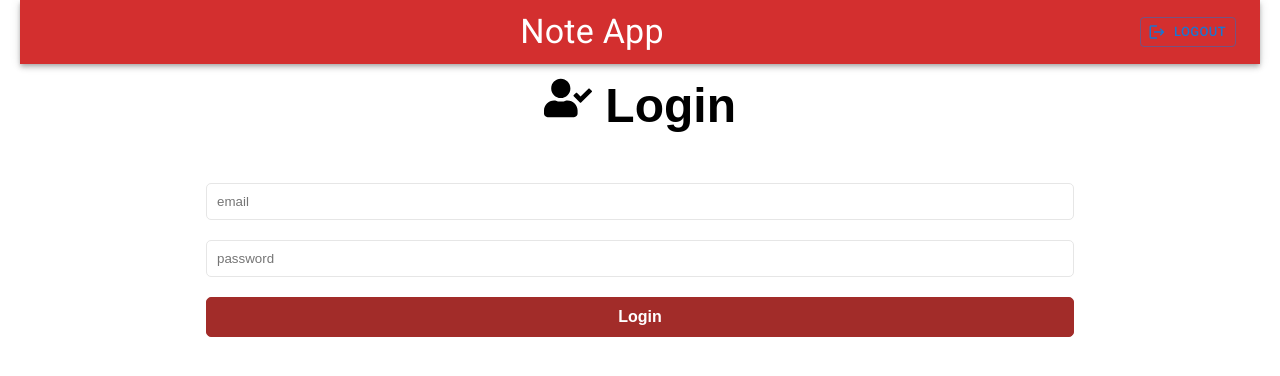
Repository: halilhaninan/MERNSTACK-Note-App
Page: / (app in frontend/)
These files come from the project's save history. The page is drawn as it stood at one moment and after the next save; the edit follows.
The browser window is 1280 px wide. The pictures show the whole page.
The project was rebuilt for these pictures with package versions that can differ from the ones it lists, and the page was loaded fresh each time. Also part of the build but not shown: frontend/src/Components/Spinner.jsx, frontend/src/Components/Not.jsx, frontend/src/pages/Register.jsx, frontend/src/features/counter/counterSlice.js, frontend/src/features/counter/counter.js, frontend/src/App.css.

Above is the page before, as saved 2022-09-03 11:08:49.

### frontend/src/index.js
import React from "react";
import ReactDOM from "react-dom";
import "./index.css";
import App from "./App";

import { store } from "./app/store";
import { Provider } from "react-redux";

// import { createStore } from "redux";
// import { Provider } from "react-redux";
// import butunRreducerler from "./reducers";

// const hesapla = (state = 0, action) => {
//   switch (action.type) {
//     case "topla":
//       return state + 1;
//     case "cikar":
//       return state - 1;
//     default:
//       return state;
//   }
// };

// let store = createStore(
//   butunRreducerler,
//   window.__REDUX_DEVTOOLS_EXTENSION__ && window.__REDUX_DEVTOOLS_EXTENSION__()
// );

// store.subscribe(() => console.log(store.getState()));
//const root = ReactDOM.createRoot(document.getElementById("root"));
ReactDOM.render(
  <Provider store={store}>
    <App />
  </Provider>,
  document.getElementById("root")
);

// If you want to start measuring performance in your app, pass a function
// to log results (for example: reportWebVitals(console.log))
// or send to an analytics endpoint. Learn more: https://bit.ly/CRA-vitals

### frontend/src/index.css
@import url("https://fonts.googleapis.com/css2?family=Lobster&display=swap");

* {
  margin: 0;
  padding: 0;
  box-sizing: border-box;
}

body {
  font-family: Arial, Helvetica, sans-serif;
  height: 100vh;
  font-size: larger;
}

a {
  text-decoration: none;
  color: #000;
}

p {
  line-height: 1.7;
}

ul {
  list-style: none;
}

li {
  line-height: 2.2;
}

h1,
h2,
h3 {
  font-weight: 600;
  margin-bottom: 10px;
}

.container {
  width: 100%;
  max-width: 1500px;
  margin: 0 auto;
  padding: 0 20px;
  text-align: center;
}

.header {
  display: flex;
  justify-content: space-between;
  align-items: center;
  padding: 20px 0;
  border-bottom: 1px solid #e6e6e6;
  margin-bottom: 60px;
}

.header ul {
  display: flex;
  align-items: center;
  justify-content: space-between;
}

.header ul li {
  margin-left: 20px;
}

.header ul li a {
  display: flex;
  align-items: center;
  color: #a22c29;
}

.header ul li a:hover {
  color: #f27059;
}

.header ul li a svg {
  margin-right: 5px;
}

.heading {
  font-size: 2rem;
  font-weight: 700;
  margin-bottom: 50px;
  padding: 0 20px;
}

.heading p {
  color: #828282;
}

.notlar {
  display: grid;
  grid-template-columns: repeat(3, 1fr);
  gap: 10px;
}

.not {
  background-color: #f4f4f4;
  margin: 10px 0;
  padding: 20px 0 10px;
  position: relative;
}

.not .close {
  position: absolute;
  top: 10px;
  right: 15px;
  cursor: pointer;
  border: none;
  background: none;
}

.form,
.content {
  width: 70%;
  margin: 0 auto;
}

.form-group {
  margin-bottom: 10px;
}

.form-group input,
.form-group textarea,
.form-group select {
  width: 100%;
  padding: 10px;
  border: 1px solid #e6e6e6;
  border-radius: 5px;
  margin-bottom: 10px;
  font-family: inherit;
}

.form-group label {
  text-align: left;
  display: block;
  margin: 0 0 5px 3px;
}

.btn {
  padding: 10px 20px;
  border: 1px solid #a22c29;
  border-radius: 5px;
  background: #a22c29;
  color: #fff;
  font-size: 16px;
  font-weight: 700;
  cursor: pointer;
  text-align: center;
  appearance: button;
  display: flex;
  align-items: center;
  justify-content: center;
}

.btn svg {
  margin-right: 8px;
}

.btn-reverse {
  background: #fff;
  color: #000;
}

.btn-block {
  width: 100%;
  margin-bottom: 20px;
}

.btn-add {
  background: #34a0a4 !important;
  border: 1px solid #34a0a4;
}

.btn:hover {
  transform: scale(0.98);
}

.loadingSpinnerContainer {
  position: fixed;
  top: 0;
  right: 0;
  bottom: 0;
  left: 0;
  background-color: rgba(0, 0, 0, 0.5);
  z-index: 5000;
  display: flex;
  justify-content: center;
  align-items: center;
}

.loadingSpinner {
  width: 64px;
  height: 64px;
  border: 8px solid;
  border-color: #000 transparent #555 transparent;
  border-radius: 50%;
  animation: spin 1.2s linear infinite;
}

@keyframes spin {
  0% {
    transform: rotate(0deg);
  }
  100% {
    transform: rotate(360deg);
  }
}

@media (max-width: 960px) {
  .notlar {
    grid-template-columns: repeat(2, 1fr);
  }
}

@media (max-width: 600px) {
  .form {
    width: 90%;
  }

  .heading h1 {
    font-size: 2rem;
  }

  .heading p {
    font-size: 1.5rem;
  }

  .notlar {
    grid-template-columns: repeat(1, 1fr);
  }
}

### frontend/src/App.js
import { BrowserRouter as Router, Routes, Route } from "react-router-dom";
import Header from "./Components/Header";
import Dashboard from "./pages/Dashboard";
import Login from "./pages/Login";
import Register from "./pages/Register";

// import { useSelector, useDispatch } from "react-redux";
// import { girisYap, topla, cikar } from "./actions";

import { ToastContainer } from "react-toastify";
import "react-toastify/dist/ReactToastify.css";
import Counter from "./features/counter/counter";
import "./App.css";

function App() {
  // return (
  //   <div>
  //     <Counter />
  //   </div>
  // );
  return (
    <>
      <Router>
        <div className="container">
          <Header></Header>
          <Routes>
            <Route path="/" element={<Dashboard />} />
            <Route path="/register" element={<Register />} />
            <Route path="/login" element={<Login />} />
          </Routes>
        </div>
      </Router>
      <ToastContainer />
    </>
  );
  //
  //
  //
  // const giris = useSelector((state) => state.giris);
  // const hesapla = useSelector((state) => state.hesapla);
  // const dispatch = useDispatch();
  // return (
  //   <div className="app">
  //     {giris ? (
  //       <>
  //         {hesapla}
  //         <button onClick={() => dispatch(topla())}>+</button>
  //         <button onClick={() => dispatch(cikar())}>-</button>
  //       </>
  //     ) : (
  //       <>
  //         <h3>please sign in</h3>
  //         <button onClick={() => dispatch(girisYap())}>sign in</button>
  //       </>
  //     )}
  //   </div>
  // );
}

export default App;

### frontend/src/app/store.js
import { configureStore } from "@reduxjs/toolkit";

import authReducer from "../features/auth/authSlice";
import notReducer from "../features/data/dataSlice";

export const store = configureStore({
  reducer: {
    auth: authReducer,
    notlar: notReducer,
  },
});

// yeni not olustururken altta olan kod gibi dataslice olustur sonra store.js den import et reducer ile tanimla ++ data service olusturuluyor

// import { createSlice, createAsyncThunk } from "@reduxjs/toolkit";

// const initialState = {
//   notlar: [],
//   isHata: false,
//   isBasari: false,
//   isYkleniyor: false,
//   mesaj: "",
// };

// export const notSlice = createSlice({
//   name: "notlar",
//   initialState,
//   reducers: {
//     reset: (state) => initialState,
//   },
// });

// export const { reset }  = notSlice.actions;
// export default notSlice.reducer;

### frontend/src/Components/Header.jsx
import React from "react";
import { FaSignInAlt, FaSignOutAlt, FaUser, FaPen } from "react-icons/fa";
import { Link, useNavigate } from "react-router-dom";
import { useSelector, useDispatch } from "react-redux";
import { logout, reset } from "../features/auth/authSlice";
import AppBar from "@mui/material/AppBar";
import { Toolbar, Typography, Button } from "@mui/material";
import { Login, Face, Home, Logout } from "@mui/icons-material";

function Header() {
  const navigate = useNavigate();
  const dispatch = useDispatch();

  const { kullanici } = useSelector((state) => state.auth);

  const onLogout = () => {
    dispatch(logout());
    dispatch(reset());
    navigate("/login");
  };

  return (
    <AppBar position="static" color="error" sx={{ marginBottom: "10px" }}>
      <Toolbar>
        <Typography variant="h4" component="div" sx={{ flexGrow: 1 }}>
          Note App
        </Typography>
        {kullanici ? (
          <>
            <Button
              sx={{ marginRight: "10px" }}
              colors="inherit"
              size="large"
              startIcon={<Home />}
              onClick={anasayfayaGit}>
              Home Page
            </Button>
            <Button
              variant="outlined"
              colors="inherit"
              size="small"
              startIcon={<Logout />}
              onClick={onLogout}>
              Logout
            </Button>
          </>
        ) : (
          <>
            <Button
              variant="outlined"
              colors="inherit"
              size="small"
              startIcon={<Logout />}
              onClick={onLogout}>
              Logout
            </Button>
          </>
        )}
      </Toolbar>
    </AppBar>
  );

  // return (
  //   <header className="header">
  //     <h2>mongo db test app </h2>
  //     <div className="logo"></div>
  //     <ul>
  //       {kullanici ? (
  //         <>
  //           <li>
  //             <Link to="/">
  //               <FaPen /> Create Note
  //             </Link>
  //           </li>
  //           <li>
  //             <button className="btn" onClick={onLogout}>
  //               Logout{" "}
  //             </button>
  //           </li>
  //         </>
  //       ) : (
  //         <>
  //           <li>
  //             <Link to="/login">
  //               <FaSignInAlt /> Login
  //             </Link>
  //           </li>
  //           <li>
  //             <Link to="/register">
  //               <FaUser /> Register
  //             </Link>
  //           </li>
  //         </>
  //       )}
  //     </ul>
  //   </header>
  // );
}

export default Header;

### frontend/src/pages/Dashboard.jsx
import React, { useEffect } from "react";

import { useNavigate } from "react-router-dom";
import { useSelector, useDispatch } from "react-redux";
import NotForm from "../Components/NotForm";
import { notlarGetir, reset } from "../features/data/dataSlice";
import Spinner from "../Components/Spinner";
import Not from "../Components/Not";

function Dashboard() {
  const navigate = useNavigate();
  const dispatch = useDispatch();
  const { kullanici } = useSelector((state) => state.auth);
  const { notlar, isYukleniyor, isHata, isBasari, mesaj } = useSelector(
    (state) => state.notlar
  );

  useEffect(() => {
    if (isHata) {
      console.log(mesaj);
    }

    if (!kullanici) {
      navigate("/login");
      console.log("halilhan");
    }
    dispatch(notlarGetir());
    return () => {
      dispatch(reset());
    };
  }, [kullanici, navigate, isHata, mesaj, dispatch]);

  if (isYukleniyor) {
    <Spinner />;
  }

  return (
    <>
      <section className="heading">
        <h1>Merhaba {kullanici && kullanici.kullaniciAd}</h1>
        <p>add note</p>
      </section>
      <NotForm />
      <section className="content">
        {notlar.length > 0 ? (
          <div className="notlar">
            {notlar.map((not) => (
              <Not key={not._id} not={not} />
            ))}
          </div>
        ) : (
          <h3>henuz not yerletisrmediniz</h3>
        )}
      </section>
    </>
  );
}

export default Dashboard;

### frontend/src/pages/Login.jsx
import React, { useState, useEffect } from "react";

import { FaUserCheck } from "react-icons/fa";
import { useSelector, useDispatch } from "react-redux";
import { useNavigate } from "react-router-dom";
import { toast } from "react-toastify";
import { login, reset } from "../features/auth/authSlice";
import Spinner from "../Components/Spinner";

function Login() {
  const navigate = useNavigate();
  const dispatch = useDispatch();

  const { kullanici, isHata, isBasari, isYukleniyor, mesaj } = useSelector(
    (state) => state.auth
  );

  const [formData, setFormData] = useState({
    email: "",
    parola: "",
  });

  const { email, parola } = formData;

  const onChange = (e) => {
    setFormData((prev) => ({
      ...prev,
      [e.target.name]: e.target.value,
    }));
  };

  const onSubmit = (e) => {
    e.preventDefault();
    // console.log(formData);

    const userData = { email, parola };
    dispatch(login(userData));
  };

  useEffect(() => {
    if (isHata) {
      toast.error(mesaj);
    }
    if (isBasari || kullanici) {
      navigate("/");
    }
  }, [kullanici, isHata, isBasari, mesaj, navigate, dispatch, isYukleniyor]);

  if (isYukleniyor) {
    <Spinner />;
  }

  return (
    <>
      <section className="heading">
        <h1>
          <FaUserCheck /> Login
        </h1>
      </section>
      <section className="form">
        <form onSubmit={onSubmit}>
          <div className="form-group">
            <input
              type="email"
              classname="form-control"
              id="email"
              name="email"
              value={email}
              placeholder="email"
              onChange={onChange}></input>
          </div>
          <div className="form-group">
            <input
              type="password"
              classname="form-control"
              id="parola"
              name="parola"
              value={parola}
              placeholder="password"
              onChange={onChange}></input>
          </div>

          <div className="form-group">
            <button type="submit" className="btn btn-block">
              Login
            </button>
          </div>
        </form>
      </section>
    </>
  );
}

export default Login;

### frontend/src/features/auth/authSlice.js
import { createAsyncThunk, createSlice } from "@reduxjs/toolkit";
import authService from "./authService";

const kullanici = JSON.parse(localStorage.getItem("kullanici"));

const initialState = {
  kullanici: kullanici ? kullanici : null,
  isHata: false,
  isBasari: false,
  isYukleniyor: false,
  mesaj: "",
};

export const register = createAsyncThunk(
  "auth/register",
  async (user, thunkAPI) => {
    try {
      return await authService.register(user);
    } catch (error) {
      const mesaj =
        (error.response &&
          error.response.data &&
          error.response.data.message) ||
        error.message ||
        error.toString();

      return thunkAPI.rejectWithValue(mesaj);
    }
  }
);

export const authSlice = createSlice({
  name: "auth",
  initialState,
  reducers: {
    reset: (state) => {
      state.isHata = false;
      state.isBasari = false;
      state.isYukleniyor = false;
      state.mesaj = "";
    },
  },
  extraReducers: (builder) => {
    builder
      .addCase(register.pending, (state) => {
        state.isYukleniyor = true;
      })
      .addCase(register.fulfilled, (state, action) => {
        state.isYukleniyor = false;
        state.isBasari = true;
        state.kullanici = action.payload;
      })
      .addCase(register.rejected, (state, action) => {
        state.isYukleniyor = false;
        state.isHata = true;
        state.mesaj = action.payload;
        state.kullanici = null;
      }) //
      .addCase(login.pending, (state) => {
        state.isYukleniyor = true;
      })
      .addCase(login.fulfilled, (state, action) => {
        state.isYukleniyor = false;
        state.isBasari = true;
        state.kullanici = action.payload;
      })
      .addCase(login.rejected, (state, action) => {
        state.isYukleniyor = false;
        state.isHata = true;
        state.mesaj = action.payload;
        state.kullanici = null;
      })
      .addCase(logout.fulfilled, (state) => {
        state.kullanici = null;
      });
  },
});

export const logout = createAsyncThunk("auth/logout", async () => {
  await authService.logout();
});

export const login = createAsyncThunk("auth/login", async (user, thunkAPI) => {
  try {
    return await authService.login(user);
  } catch (error) {
    const mesaj =
      (error.response && error.response.data && error.response.data.message) ||
      error.message ||
      error.toString();

    return thunkAPI.rejectWithValue(mesaj);
  }
});

export const { reset } = authSlice.actions;
export default authSlice.reducer;

### frontend/src/features/data/dataSlice.js
import { createSlice, createAsyncThunk } from "@reduxjs/toolkit";
import thunk from "redux-thunk";
import dataService from "./dataService";

const initialState = {
  notlar: [],
  isHata: false,
  isBasari: false,
  isYukleniyor: false,
  mesaj: "",
};

export const notSlice = createSlice({
  name: "notlar",
  initialState,
  reducers: {
    reset: (state) => initialState,
  },
  extraReducers: (builder) => {
    builder
      .addCase(notOlustur.pending, (state) => {
        state.isYukleniyor = true;
      })
      .addCase(notOlustur.fulfilled, (state, action) => {
        state.isYukleniyor = false;
        state.isBasari = true;
        state.notlar.unshift(action.payload);
      })
      .addCase(notOlustur.rejected, (state, action) => {
        state.isYukleniyor = false;
        state.isHata = true;
        state.isBasari = false;
        state.mesaj = action.payload;
      })
      .addCase(notlarGetir.pending, (state) => {
        state.isYukleniyor = true;
      })
      .addCase(notlarGetir.fulfilled, (state, action) => {
        state.isYukleniyor = false;
        state.isBasari = true;
        state.notlar = action.payload;
      })
      .addCase(notlarGetir.rejected, (state, action) => {
        state.isYukleniyor = false;
        state.isBasari = false;
        state.isHata = true;
        state.mesaj = action.payload;
      })
      .addCase(notSil.pending, (state) => {
        state.isYukleniyor = true;
      })
      .addCase(notSil.fulfilled, (state, action) => {
        state.isYukleniyor = false;
        state.isBasari = true;
        state.notlar = state.notlar.filter(
          (not) => not._id !== action.payload.id
        );
      })
      .addCase(notSil.rejected, (state, action) => {
        state.isYukleniyor = false;
        state.isBasari = false;
        state.isHata = true;
        state.mesaj = action.payload;
      });
  },
});

export const notOlustur = createAsyncThunk(
  "notlar/create",
  async (notData, thunkAPI) => {
    try {
      const token = thunkAPI.getState().auth.kullanici.token;
      return await dataService.notOlustur(notData, token);
    } catch (error) {
      const mesaj =
        (error.response &&
          error.response.data &&
          error.response.data.message) ||
        error.message ||
        error.toString();

      return thunkAPI.rejectWithValue(mesaj);
    }
  }
);

export const notlarGetir = createAsyncThunk(
  "notlar/getAll",
  async (_, thunkAPI) => {
    try {
      const token = thunkAPI.getState().auth.kullanici.token;
      return await dataService.notlarGetir(token);
    } catch (error) {
      const mesaj =
        (error.response &&
          error.response.data &&
          error.response.data.message) ||
        error.message ||
        error.toString();

      return thunkAPI.rejectWithValue(mesaj);
    }
  }
);

export const notSil = createAsyncThunk(
  "notlar/delete",
  async (id, thunkAPI) => {
    try {
      const token = thunkAPI.getState().auth.kullanici.token;
      return await dataService.notSil(id, token);
    } catch (error) {
      const mesaj =
        (error.response &&
          error.response.data &&
          error.response.data.message) ||
        error.message ||
        error.toString();

      return thunkAPI.rejectWithValue(mesaj);
    }
  }
);

export const { reset } = notSlice.actions;
export default notSlice.reducer;

### frontend/src/Components/NotForm.jsx
import React, { useState } from "react";
import { useDispatch } from "react-redux";
import { notOlustur } from "../features/data/dataSlice";

function NotForm() {
  const [baslik, setBaslik] = useState("");
  const [aciklama, setAciklama] = useState("");
  const [oncelik, setOncelik] = useState("");

  const dispatch = useDispatch();

  const onSubmit = (e) => {
    e.preventDefault();
    // console.log(baslik, aciklama, oncelik);
    dispatch(notOlustur({ baslik, aciklama, oncelik }));
    setBaslik("");
    setAciklama("");
    setOncelik(1);
  };

  return (
    <section className="form">
      <form onSubmit={onSubmit}>
        <div className="form-group">
          <label htmlFor="baslik">Not baslik</label>
          <input
            type="text"
            id="baslik"
            name="baslik"
            value={baslik}
            onChange={(e) => setBaslik(e.target.value)}
          />
        </div>
        <div className="form-group">
          <label htmlFor="aciklama">Not aciklama</label>
          <input
            type="text"
            id="aciklama"
            name="aciklama"
            value={aciklama}
            onChange={(e) => setAciklama(e.target.value)}
          />
        </div>
        <div className="form-group">
          <label htmlFor="oncelik">Not oncelik</label>
          <select onChange={(e) => setOncelik(e.target.value)} value={oncelik}>
            <option value="1">Az oncelikli</option>
            <option value="2">oncelikli</option>
            <option value="3">Cok oncelikli</option>
          </select>
        </div>
        <div className="form-group">
          <button type="submit" className="btn btn-block btn-add">
            Not ekle
          </button>
        </div>
      </form>
    </section>
  );
}

export default NotForm;

### frontend/src/features/auth/authService.js
import axios from "axios";

const API_URL = "/api/kullanicilar/";

const register = async (kullaniciData) => {
  const response = await axios.post(API_URL, kullaniciData);

  if (response.data) {
    localStorage.setItem("kullanici", JSON.stringify(response.data));
  }

  return response.data;
};

const logout = () => {
  localStorage.removeItem("kullanici");
};

const login = async (kullaniciData) => {
  const response = await axios.post(API_URL + "login", kullaniciData);
  if (response.data) {
    localStorage.setItem("kullanici", JSON.stringify(response.data));
  }

  return response.data;
};

const authService = {
  register,
  logout,
  login,
};

export default authService;

### frontend/src/features/data/dataService.js
import axios from "axios";

const API_URL = "/api/notlar/";

const notOlustur = async (notData, token) => {
  const config = {
    headers: {
      Authorization: `Bearer ${token}`,
    },
  };
  const response = await axios.post(API_URL, notData, config);

  return response.data;
};

const notlarGetir = async (token) => {
  const config = {
    headers: {
      Authorization: `Bearer ${token}`,
    },
  };
  const response = await axios.get(API_URL, config);
  return response.data;
};

const notSil = async (notId, token) => {
  const config = {
    headers: {
      Authorization: `Bearer ${token}`,
    },
  };

  const response = await axios.delete(API_URL + notId, config);

  return response.data;
};

const dataService = {
  notOlustur,
  notlarGetir,
  notSil,
};

export default dataService;

Loaded but not shown: frontend/public/index.html (common file)

After the next save:
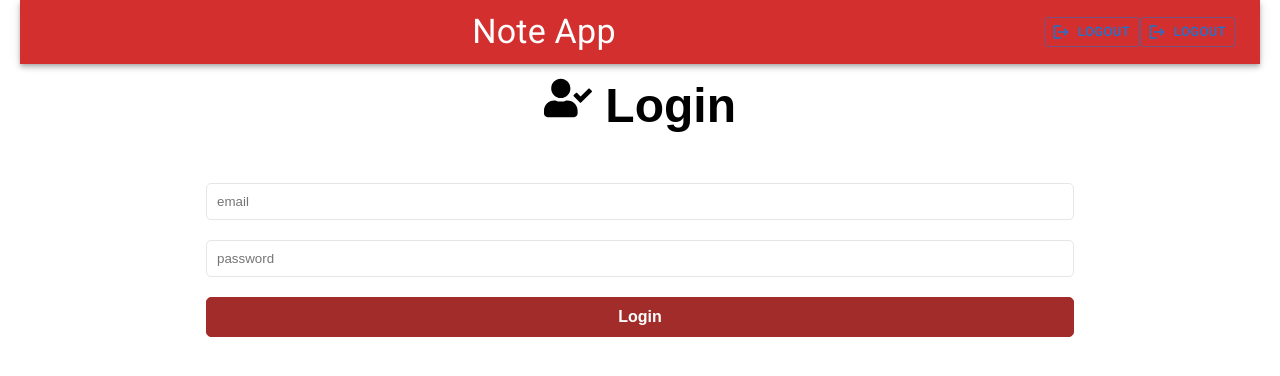
Saved 11 s later.
--- a/frontend/src/Components/Header.jsx
+++ b/frontend/src/Components/Header.jsx
@@ -54,6 +54,14 @@ function Header() {
               onClick={onLogout}>
               Logout
             </Button>
+            <Button
+              variant="outlined"
+              colors="inherit"
+              size="small"
+              startIcon={<Logout />}
+              onClick={onLogout}>
+              Logout
+            </Button>
           </>
         )}
       </Toolbar>
